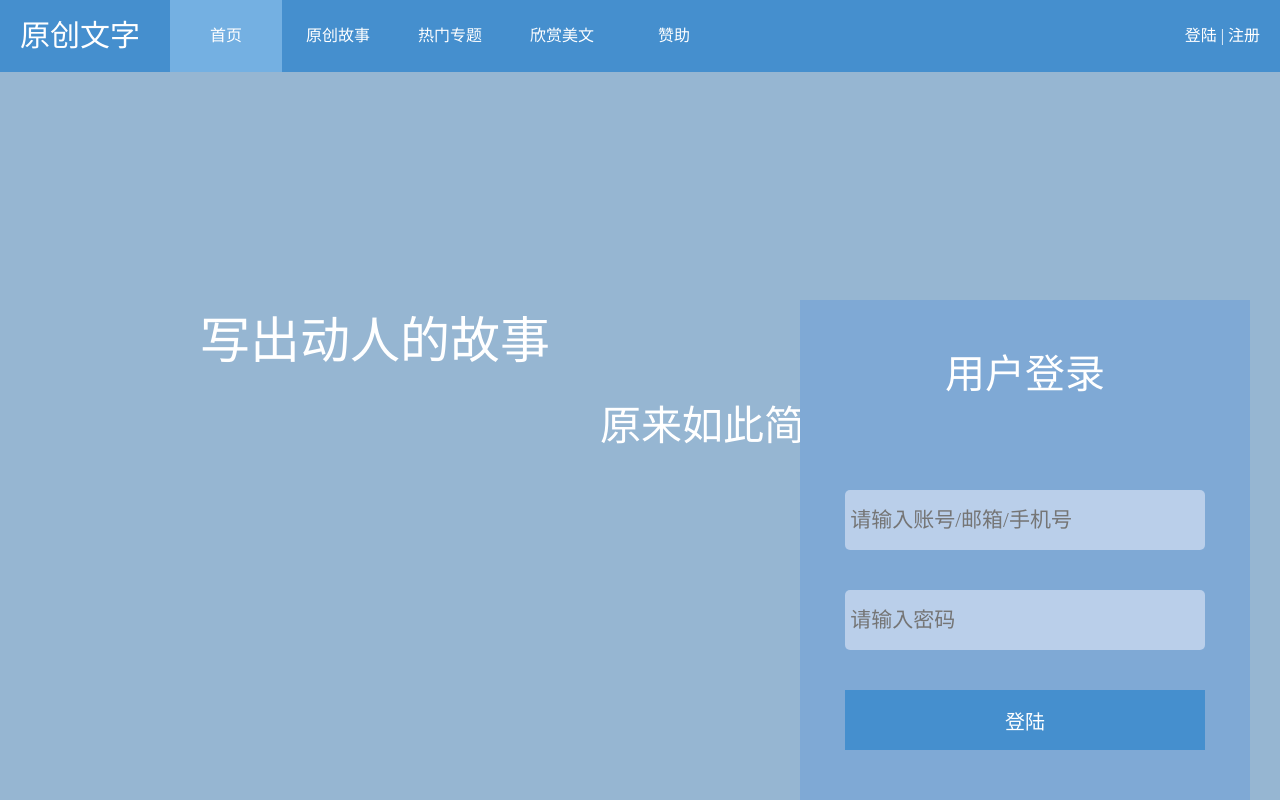
Repository: equation-zheng/Article
Page: http://localhost/Article/login.jsp
An editor plug-in stored every save of this project. The page is shown before and after the next save, followed by the edit.
The browser window is 1280 px wide. The pictures show the whole page.
The page is served by Tomcat 9. Other server files are loaded and not shown.

Above is the page before, as saved 2017-12-05 02:22:25.

### Service/apache-tomcat-7.0.82/Article/WebContent/login.jsp
<%@ page language="java" contentType="text/html; charset=UTF-8"
	pageEncoding="UTF-8"%>
<%@include file="common/taglib.jsp"%>
<!DOCTYPE html PUBLIC "-//W3C//DTD HTML 4.01 Transitional//EN" "http://www.w3.org/TR/html4/loose.dtd">
<html>
<head>
<meta http-equiv="Content-Type" content="text/html; charset=UTF-8">
<link rel="stylesheet" type="text/css"
	href="${basePath}/static/css/index.css">
<title>登陆/注册</title>
</head>
<style>
* {
	margin: 0;
	padding: 0;
}

.loginText {
	position: absolute;
	top: 300px;
	left: 200px;
	color: #fff;
}

.loginText p:first-child {
	font-size: 50px;
}

.loginText p:last-child {
	font-size: 41px;
	margin: 20px 0 0 400px;
}

.content {
	width: 450px;
	height: 500px;
	position: absolute;
	right: 30px;
	top: 300px;
	background: #7FA9D5;
}

.content .title {
	text-align: center;
	color: #fff;
	font-size: 40px;
	line-height: 150px;
}

.content .inputBox {
	margin: 40px 0;
	text-align: center;
}

.content .inputBox input {
	width: 80%;
	height: 60px;
	border-radius: 5px;
	background: #BACFEA;
	font-size: 21px;
	border: none;
}

.content .loginBtn {
	text-align: center;
}

.content .loginBtn button {
	color: #fff;
	text-align: center;
	width: 80%;
	height: 60px;
	font-size: 20px;
	background: #458FCE;
	border: none;
}
</style>
<body style="background: #96B6D2">
	<%@include file="common/header.jsp"%>
	<div class="loginText">
		<p>写出动人的故事</p>
		<p>原来如此简单</p>
	</div>
	<div class="content">
		<div class="title">用户登录</div>
		<div class="inputBox">
			<input id="username" type="search" placeholder=" 请输入账号/邮箱/手机号">
		</div>
		<div class="inputBox">
			<input id="password" type="password" placeholder=" 请输入密码">
		</div>
		<div class="loginBtn">
			<button onclick="login()">登陆</button>
		</div>
	</div>
</body>
<script src="${basePath}/static/js/jQuery.js"></script>
<script>
	function login() {
		var username = $('#username').val();
		var password = $('#password').val();
		$.ajax({
			type : "post",  //请求方式
			url : "${basePath}/controller/loginController.jsp",  //请求地址
			data : {  //传递给controller的接送\数据
				"username" : username,
				"password" : password
			},
			error : function() {  //如果出错了,将事件重新绑定
				//alert("error");
			},
			success : function(data) {  //返回成功执行回调函数
				if (data == -1) alert("用户名和密码不能为空");
				else if (data == -2) alert("用户名不存在");
				else if (data == -3) alert("用户或密码错误");
				else window.location.href = "${basePath}";
			}
		});
	}
</script>
</html>

### Service/apache-tomcat-7.0.82/Article/WebContent/common/taglib.jsp
<%@ page language="java" contentType="text/html; charset=UTF-8"
    pageEncoding="UTF-8"%>
<%@taglib uri="http://java.sun.com/jsp/jstl/core" prefix="c"%>
<%
    String path = request.getContextPath(); //返回站点根目录
	//System.out.println(path);
    int port = request.getServerPort();	//得到的是服务器的配置文件中配置的端口号 比如 8080等等
    //System.out.println(port);
    String basePath  = null;
    if (port == 80){
    	//System.out.println(port+"==80");
        basePath = request.getScheme()+"://"+request.getServerName()+path;
    } else {
    	//System.out.println(port+"else");
    	//request.getScheme() 等到的是协议名称，默认是http
    	//request.getServerName() 得到的是在服务器的配置文件中配置的服务器名称 比如:localhost .baidu.com 等等
        basePath = request.getScheme()+"://"+request.getServerName()+":"+request.getServerPort()+path;
    }
    request.setAttribute("basePath", basePath);
%>

### Service/apache-tomcat-7.0.82/Article/WebContent/common/header.jsp

<%@ page language="java" contentType="text/html; charset=UTF-8"
	pageEncoding="UTF-8"%>
	<div class="header">
	    <div class='logo'>原创文字</div>
	    <ul>
	        <li class='first'><a href="index.jsp">首页</a></li>
	        <li class='item'><a href="javascript:void(0)">原创故事</a></li>
	        <li  class='item'><a href="javascript:void(0)">热门专题</li>
	        <li  class='item'><a href="javascript:void(0)">欣赏美文</li>
	        <li  class='item'><a href="javascript:void(0)">赞助</a></li>
	    </ul>

	    <div class='login'>
	    	<c:choose>
	    		<c:when test="${empty sessionScope.username}">
	    			<span><a href="login.jsp">登陆</a></span>
	        		<span>|</span>
	        		<span><a href="login.jsp">注册</a></span>
	    		</c:when>
	    		<c:otherwise>
	    			<span><a href="javascript:void(0)">欢迎您,${sessionScope.username}</a></span>
	    			<span>|</span>
	    			<span><a href="${basePath}/controller/logoutController.jsp">登出</a></span>
	    		</c:otherwise>
	    	</c:choose>
	    </div>
	</div>

### Service/apache-tomcat-7.0.82/Article/WebContent/static/css/index.css
@CHARSET "UTF-8";
*{
    padding: 0 ;
    margin: 0 ;
    font-family: "微软雅黑" ;
}
.header {
    height: 72px ;
    background: #458fce ;
}
.header .logo {
    color: #fff ;
    line-height: 72px ;
    font-size: 30px ;
    margin-left: 20px ;
    display:inline-block ;
    font-weight:500 ;
    float : left;
}
.header ul li.first {
    margin-left: 30px ;
}

.header ul li {
    float: left ;
    color: #fff ;
    display: inline-block ;
    width: 112px ;
    height: 72px ;
    text-align: center ;
    line-height:72px ;
    cursor: pointer ;
}
a {
    color: #fff ;
    text-decoration: none ;
}
.header ul li:hover {
    background:#74b0e2 ;
}
.header ul li.first {
	margin-left: 30px;
	background: #74b0e2;
}
.header .login {
	float: right;
	color: #fff;
	line-height: 72px;
	margin-right: 20px;
}
.banner	{
	height: 380px;
	background: #ccc;
	margin-top: 2px;
	position: relative;
	overflow: hidden;
}
.banner .content {
	width: 1024px;
	height: 380px;
	margin: 2px auto;
    position: relative;
}
.banner .content ul {
    width: 10000px;
    margin-left: -1028px;
}
.banner .content ul li {
    margin: 0;
    list-style: none;
    float: left;
    border-radius: 30px;
    border: solid 1px green;
}
.banner .content ul li img {
	width: 1024px;
    height: 380px;
}


/* 轮播图左右按钮 */
.banner .content .leftBtn,
.banner .content .rightBtn {
    position: absolute;
    top: 160px;
    transform: rotate(45deg);
    border-color: #fff;
    border-width: 5px;
    opacity: .2;
    padding: 15px;
}
.banner .content:hover .leftBtn,
.banner .content:hover .rightBtn {
    -webkit-transition: opacity .5s;
    -moz-transition: opacity .5s;
    transition: opacity .5s;
    opacity: 1;
}
.banner .content .leftBtn {
    left: -30px;
    border-left-style: solid;
    border-bottom-style: solid;
}
.banner .content .rightBtn {
    right: -30px;
    border-right-style: solid;
    border-top-style: solid;
}

/*-------------------------------------------------*/

.category .title {
	margin-bottom: 10px;
	margin-top: 30px;
	border-bottom: solid 1px #cac5c5;
	height: 30px;
	text-indent: 1em;
	font-size: 18px;
	color: #666;
}
.category .items .item {
    width: 160px;
    height: 231px;
    background: #ccc;
    margin: 20px;
    float: left;
    list-style: none;
}
.category .items .item div {
    text-align: center;
}
.category .items .item .item_banner {
    background: #666;
    color: #fff;
}
.category .items .item .item_banner:hover {
    opacity: .5;
}
.category .items .item .item_banner .item_header {
    font-size: 10px;
    line-height: 60px;
}
.category .items .item .item_name {
    font-size: 18px;
    margin: 25px auto 30px auto;
    white-space:nowrap;
    overflow:hidden;
    text-overflow: ellipsis;
}
.category .items .item .item_banner .item_author {
    padding-right: 15px;
    text-align: right;
    line-height: 50px;
    font-size: 12px;
}
.category .items .item .item_description {

	font-size: 12px;
    line-height: 40px;
    white-space:nowrap;
    overflow:hidden;
    text-overflow: ellipsis;
}


/* 通用css */
.fl {float: left;}
.fr {float: right;}

Loaded but not shown: Service/apache-tomcat-7.0.82/Article/WebContent/static/js/jQuery.js (library)

After the next save:
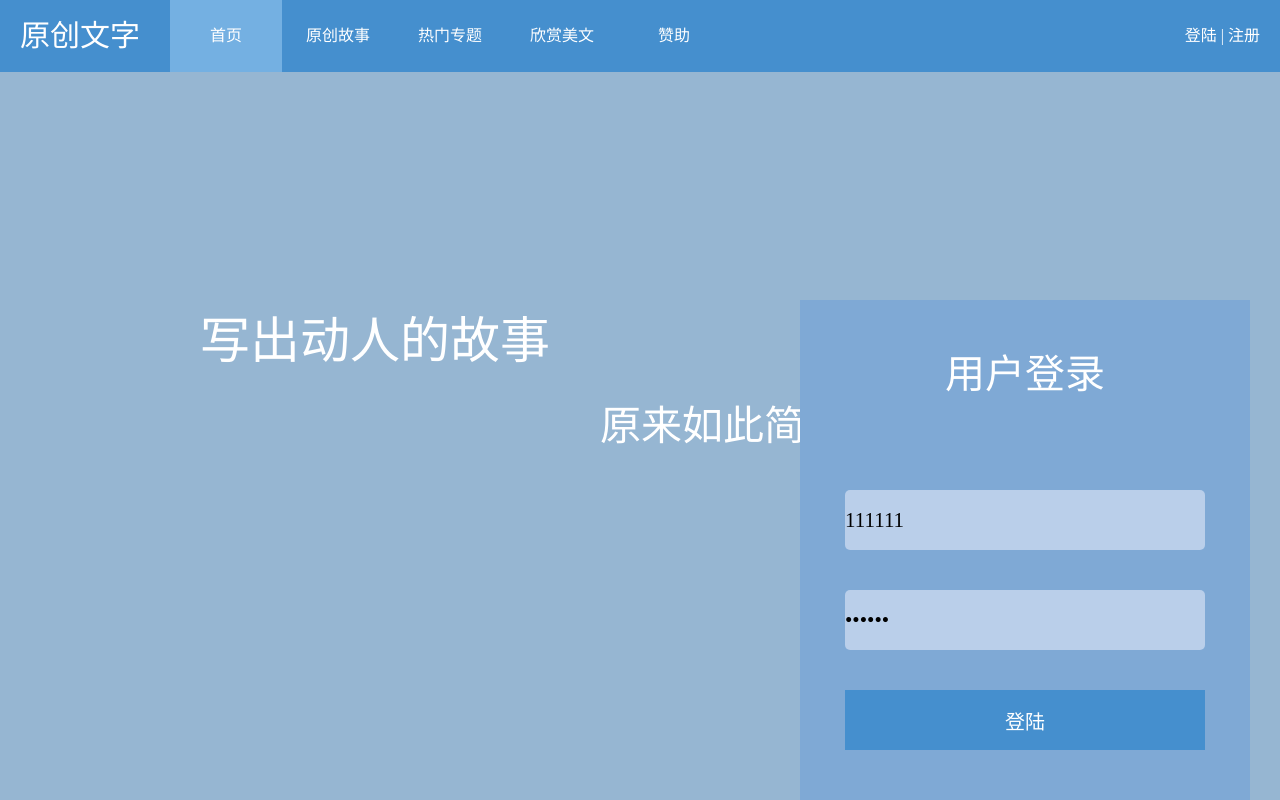
Saved 35 s later.
--- a/Service/apache-tomcat-7.0.82/Article/WebContent/login.jsp
+++ b/Service/apache-tomcat-7.0.82/Article/WebContent/login.jsp
@@ -84,10 +84,10 @@
 	<div class="content">
 		<div class="title">用户登录</div>
 		<div class="inputBox">
-			<input id="username" type="search" placeholder=" 请输入账号/邮箱/手机号">
+			<input id="username" type="search" placeholder=" 请输入账号/邮箱/手机号" value="111111">
 		</div>
 		<div class="inputBox">
-			<input id="password" type="password" placeholder=" 请输入密码">
+			<input id="password" type="password" placeholder=" 请输入密码" value="111111">
 		</div>
 		<div class="loginBtn">
 			<button onclick="login()">登陆</button>
